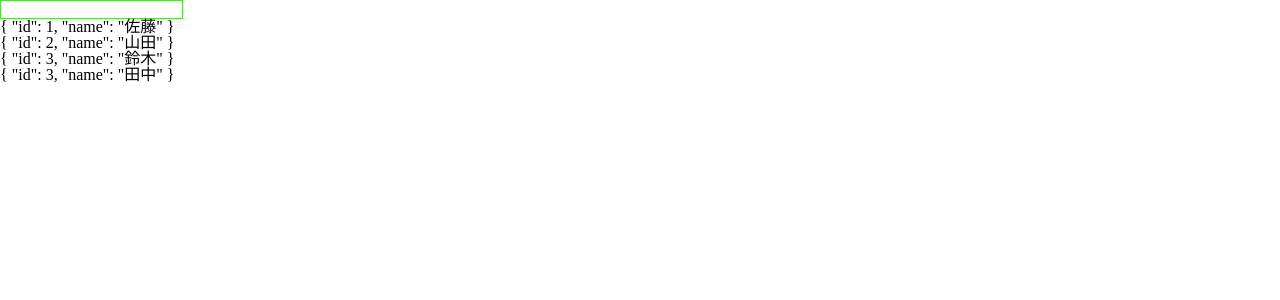
Repository: masanarimiura/20220617_miura
Page: search.html
An editor plug-in stored every save of this project. The page is shown before and after a run of saves, followed by the edit.
The browser window is 1280 px wide. The pictures show the whole page.

Above is the page before, as saved 2022-06-17 20:50:40.

After the next 2 saves:
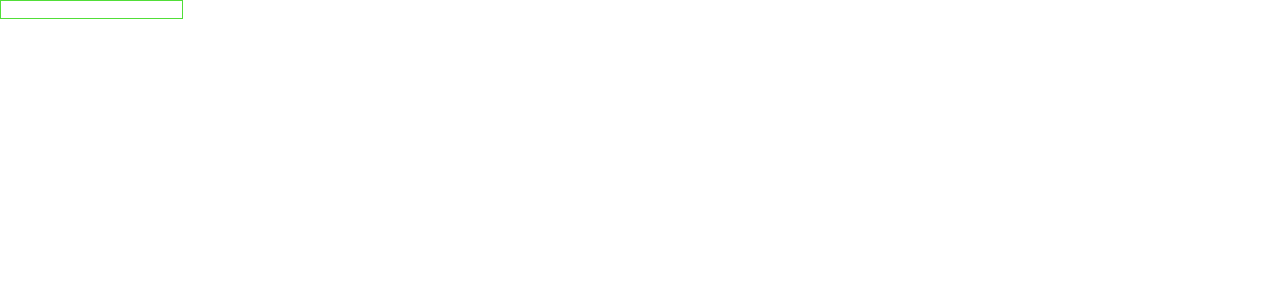
The 2 saves are shown as one change because they came seconds apart.
The last was saved 6 s later.
--- a/search.html
+++ b/search.html
@@ -185,7 +185,7 @@
     <div>
       <input type="text" v-model="keyword" class="search-box">
     </div>
-    <p v-for="user in users" :key="users.id">{{user}}</p>
+    <p v-for="users in fiusers" :key="users.id">{{user}}</p>
   </div>
 
   <script>
